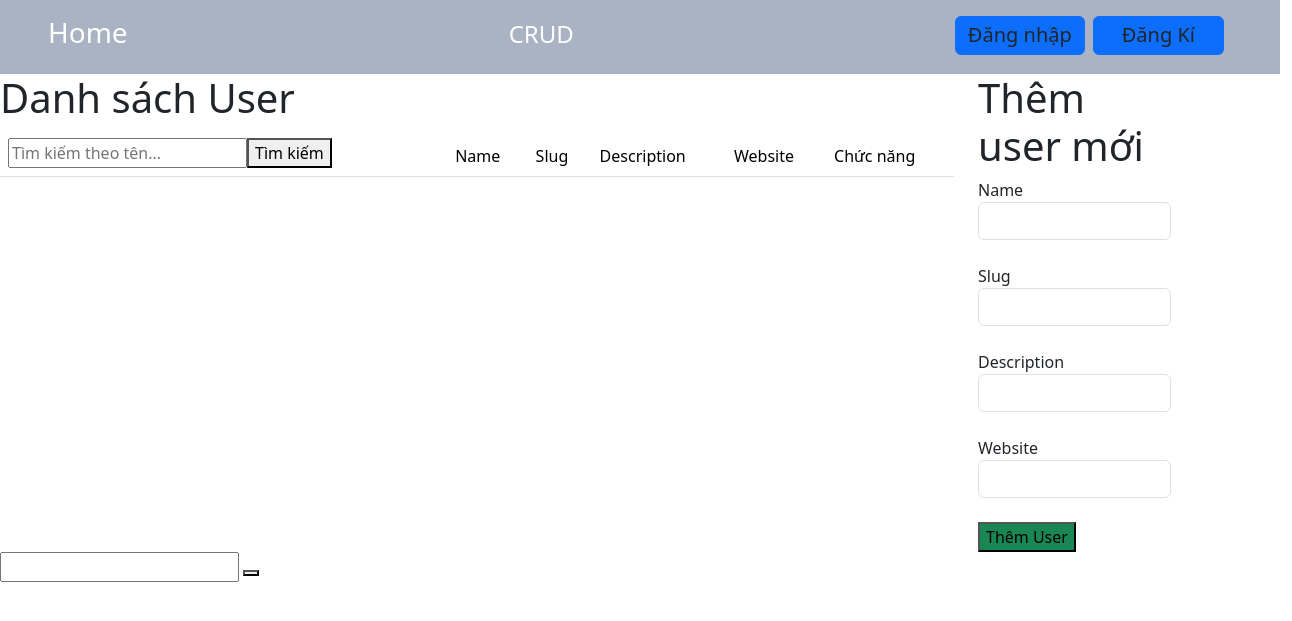
Repository: tung1999zxc/vue-project
Page: /crud2
An editor plug-in stored every save of this project. The page is shown before and after the next save, followed by the edit.
The browser window is 1280 px wide. The page is 1292 px wide, so the pictures cover 1292 px, including what lies to the right of the window. The pictures show the whole page.
The page's requests for data from a server got no answer. The project was rebuilt for these pictures with package versions that can differ from the ones it lists, and the page was loaded fresh each time. No one was signed in, and anything a server would have sent is missing. Also part of the build but not shown: vite.config.ts, src/components/test.vue, src/components/footer1.vue, src/views/HomeView.vue, src/components/login.vue, src/components/Regis.vue, src/components/crud.vue, src/components/upload.vue.

Above is the page before, as saved 2023-08-11 16:05:43.

### index.html
<!DOCTYPE html>
<html lang="en">
  <head>
    <meta charset="UTF-8">
    <meta name="viewport" content="width=device-width, initial-scale=1.0">
    <title>Vite App</title>
  </head>
  <body>
    <div id="app"><div></div></div>
    <script type="module" src="/src/main.js"></script>

  </body>
</html>

### src/main.js


import { createApp } from 'vue';
import { createPinia } from 'pinia';



import App from './App.vue'
import router from './router/index'
import store from './store/index'
import axios from 'axios';
import { Field, Form, ErrorMessage } from 'vee-validate';

import 'bootstrap/dist/css/bootstrap.css'

// const isAuthenticated = localStorage.getItem('token');
// if (isAuthenticated !== null) {
//   store.commit('SET_AUTHENTICATION', isAuthenticated === 'true');
// }

const savedState = JSON.parse(localStorage.getItem('appState'));

if (savedState) {
  store.replaceState(savedState);
}
const app = createApp(App)
app.component('Field', Field);
app.component('Form', Form);
app.component('ErrorMessage', ErrorMessage);
app.use(createPinia())
app.use(router)
app.use(store)
axios.defaults.headers.common['Authorization'] = `Bearer ${localStorage.getItem('token')}`;
app.mount('#app')

### src/App.vue
<template>
  <Menu/>
  <router-view></router-view>



</template>
<script setup lang="ts">
import axios from 'axios';
import { RouterLink, RouterView } from 'vue-router'
import Menu from './components/Menu.vue'


//import login from './components/login.vue'

// export default {
//   components: {
//     Menu,login2
//   },
// };

</script>

<style scoped>

</style>

### src/router/index.js
import { createRouter, createWebHistory } from 'vue-router'
import HomeView from '../views/HomeView.vue'
import Login from '../components/Login.vue'
import Regis from '../components/Regis.vue'
import crud from '../components/crud.vue'
import crud2 from '../components/crud2.vue'
import upload from '../components/upload.vue'


const router = createRouter({
  history: createWebHistory(import.meta.env.BASE_URL),
  routes : [
    {path: '/',component: HomeView,},
    {path: '/login',component:Login,},
    {path: '/Regis',component: Regis,},
    {path: '/crud',component: crud,},
    {path: '/crud2',component: crud2,},
    {path: '/upload',component: upload,},


  ]
})

export default router

### src/store/index.js
// store/index.js

import { createStore } from 'vuex'
import Vuex from 'vuex';
import auth from './auth';



const store = new Vuex.Store({
  modules: {
    auth, // Thêm Vuex module vào store với tên auth
  },
});

store.subscribe((mutation, state) => {
  localStorage.setItem('appState', JSON.stringify(state));
});

export default store;

### src/components/Menu.vue
<template>
    <div>
      <div class="justify-content-between d-flex px-5 py-3 " style="background: #aab3c4; ">


        <div class="h3"><router-link class="text-white text-decoration-none" to="/">Home</router-link></div>
        <div class="h4 mt-1"><router-link class="text-white text-decoration-none" to="/crud">CRUD</router-link></div>
        <!-- <div class="h4 mt-1"><router-link class="text-white text-decoration-none" to="/upload">UPLOAD</router-link></div> -->


        <div class=""><div v-if="!isAuthenticated" class="btn btn-primary mr-2 " >
          <router-link class="text-dark h5 text-decoration-none " to="/Login">Đăng nhập</router-link></div>
         <div v-else class="btn btn-danger " >
          <div @click="handleLogout">Đăng xuất</div></div>
         <div class="btn btn-primary mx-2"  v-show="!isAuthenticated"><router-link class=" h5 px-3 text-dark text-decoration-none" to="/Regis">Đăng Kí</router-link></div></div>

    </div>

    </div>
  </template>

  <script>
  import 'bootstrap/dist/css/bootstrap.css';
  import { mapState, mapGetters , mapMutations ,mapActions} from 'vuex';
  export default {
    computed: {
    ...mapGetters('auth', ['isAuthenticated','userinfo']),
  },
    methods: {
      ...mapMutations('auth', ['SET_AUTHENTICATED']),
      ...mapActions('auth', ['login', 'logout']),
    // handleLogin() {
    //   this.login(); // Call the login action to set isAuthenticated to true
    // },
    handleLogout() {
      this.logout(); // Call the logout action to set isAuthenticated to false
    },


        logoutUser(){
      // Xóa mã thông báo JWT khỏi localStorage khi đăng xuất
      localStorage.removeItem('token');
      // Hoặc đặt lại giá trị isAuthenticated về false khi đăng xuất
      this.SET_AUTHENTICATED = null;
      alert('đăng xuất thành  công');



    },
    },

  };
  </script>

  <style scoped>


  </style>

### src/components/crud2.vue
<template>
    <div>
      <div class="row">
        <div class="col-9">
          <h1>Danh sách User</h1>
          <table class="table">
            <thead>
              <tr>
                <td>
                  <input v-model="nameSearch.Name" placeholder="Tìm kiếm theo tên..." />
                  <button @click="handleSearch">Tìm kiếm</button>
                </td>
                <td>Name</td>
                <td>Slug</td>
                <td>Description</td>
                <td>Website</td>
                <td>Chức năng</td>
              </tr>
            </thead>
            <tr v-for="user in users" :key="user.Id">
              <td>{{ user.Id }}</td>
              <td>{{ user.Name }}</td>
              <td>{{ user.Slug }}</td>
              <td>{{ user.Description }}</td>
              <td>{{ user.Website }}</td>
              <td>
                <button @click="_editUser(user)">Chỉnh sửa</button>
                <button @click="deleteUser(user.Id)">Xóa</button>
              </td>
            </tr>
          </table>
        </div>
        <div class="col-2">
          <h1 v-if="editUser.Id">Chỉnh sửa user</h1>
          <h1 v-else>Thêm user mới</h1>
          <form @submit.prevent="editUser.Id ? updateUser() : addNewUser()">
            <label for="Name">Name</label>
            <input class="form-control " type="text" id="Name" v-model="editUser.Name" v-if="editUser.Id" required>
            <input class="form-control " type="text" id="Name" v-model="newUser.Name" v-else required>
            <br>
            <label for="Slug">Slug</label>
            <input class="form-control " type="text" id="Slug" v-model="editUser.Slug" v-if="editUser.Id" required>
            <input class="form-control " type="text" id="Slug" v-model="newUser.Slug" v-else required>

            <br>

            <label for="Description">Description</label>
            <input class="form-control " type="text" id="Description" v-model="editUser.Description" v-if="editUser.Id" required>
            <input class="form-control" type="text" id="Description" v-model="newUser.Description"   v-else required>
            <br>
            <label for="Website">Website</label>
            <input class="form-control" type="text" id="Website" v-model="editUser.Website" v-if="editUser.Id" required>
            <input class="form-control" type="text" id="Website" v-model="newUser.Website" v-else  required>
            <br>
            <button class="btn-block bg-success" type="submit">
              {{ editUser.Id ? 'Lưu' : 'Thêm User' }}
            </button>
          </form>
        </div>
      </div>
      <input type="text" v-model="so1"> {{ so1 }}
      <button></button>
    </div>
  </template>

  <script>
  import { ref, onMounted } from 'vue';
  import axios from 'axios';

  export default {
    name: 'YourComponentName',
    setup() {
      const so1 = ref(1);
      const nameSearch = ref({ Name: '' });
      const users = ref([]);
      const newUser = ref({
        Name: '',
        Slug: '',
        Description: '',
        Website: '',
      });
      const editUser = ref({
        Id: '',
        Name: '',
        Slug: '',
        Description: '',
        Website: '',
      });

      const handleSearch = async () => {
        try {
          const response = await axios.post('https://api.tranhai.net/api/manufacturer/_search', nameSearch.value);
          users.value = response.data.data;
        } catch (err) {
          console.error(err);
          alert('Tìm kiếm thất bại');
        }
      };

      const getUsers = async () => {
        try {
          const response = await axios.post('https://api.tranhai.net/api/manufacturer/_search', {
            Page: 1,
            PageSize: 10,
          });
          users.value = response.data.data;
        } catch (error) {
          alert('Lỗi khi lấy dữ liệu user:', error);
        }
      };

      const addNewUser = async () => {
      try {
        const response = await axios.post('https://api.tranhai.net/api/manufacturer', newUser.value);
        getUsers();
        alert('Thêm thành công');
        // Reset form
        newUser.value.Name = '';
        newUser.value.Slug = '';
        newUser.value.Description = '';
        newUser.value.Website = '';
      } catch (error) {
        console.error('Lỗi khi thêm user:', error);
      }
    };

    const _editUser = (user) => {
      editUser.value.Id = user.Id;
      editUser.value.Name = user.Name;
      editUser.value.Slug = user.Slug;
      editUser.value.Description = user.Description;
      editUser.value.Website = user.Website;
    };

    const updateUser = async () => {
      try {
        const response = await axios.put(`https://api.tranhai.net/api/manufacturer/${editUser.value.Id}`, editUser.value);
        console.log(response.data);
        getUsers();
        editUser.value = {
          Id: '',
          Name: '',
          Slug: '',
          Description: '',
          Website: '',
        };
      } catch (error) {
        console.error('Lỗi khi cập nhật user:', error);
      }
    };

    const deleteUser = async (userId) => {
      try {
        const response = await axios.delete(`https://api.tranhai.net/api/manufacturer?ids=${userId}`);
        alert('Xóa thành công user:');
        getUsers();
      } catch (error) {
        console.error('Lỗi khi xóa user:', error);
      }
    };
    onMounted(() => {
      getUsers();
    });

    return {
      nameSearch,
      users,
      newUser,
      editUser,
      _editUser,
      handleSearch,
      getUsers,
      addNewUser,
      updateUser,
      deleteUser,
    };
    },
  };
  </script>

  <style scoped></style>

### src/store/auth.js
const state = {
  isAuthenticated: localStorage.getItem('token'),
  // userinfo: JSON.parse(localStorage.getItem('userinfo')),
  userinfo: null,

  // Các thông tin người dùng khác nếu cần
};

const getters = {
  isAuthenticated: state => state.isAuthenticated,
  userinfo: state => state.userinfo,

  // Các getters khác nếu cần
};
  const mutations = {
    SET_AUTHENTICATED(state, value) {
      state.isAuthenticated = value;
    },
    SET_USERINFO(state, value) {
      state.userinfo = value;

    },
    // Các mutations khác nếu cần
  };
  import axios from 'axios';
  import router from '../router/index';
  const actions = {
    login({ commit }, { username, password }) {

      axios.post('https://api.tranhai.net/api/auth/login', {
      username: username,
      password: password
    })
    .then(response => {
      const data = response.data;
      localStorage.setItem('token', data.access_token);
      commit('SET_AUTHENTICATED', localStorage.getItem('token'));

      axios.get('https://api.tranhai.net/api/userinfo/me'
      // {
      //   headers: {
      //     Authorization: 'Bearer ' + localStorage.getItem('token'),
      //   }}
        )
      .then(response=>{
        // localStorage.setItem('userinfo', JSON.stringify(response.data));
        commit('SET_USERINFO',response.data)


      })
      .catch(error =>{
        alert('lấy thông tin thất bại');
      })

      // console.log(data)
      // this.token = data.access_token;
    })
    .catch(error => {
      // Xử lý lỗi đăng nhập
      console.error(error);

      alert('Đăng nhập thất bại!');

    });

    //
    //

        },


      logout({ commit }) {
        localStorage.removeItem('token');
        localStorage.removeItem('userinfo');
          commit('SET_AUTHENTICATED', localStorage.getItem('token'));
          commit('SET_USERINFO', {});
          alert('đăng xuất thành  công');
        },

  };


  export default {
    namespaced: true,
    state,
    mutations,
    actions,
    getters,
  };

After the next save:
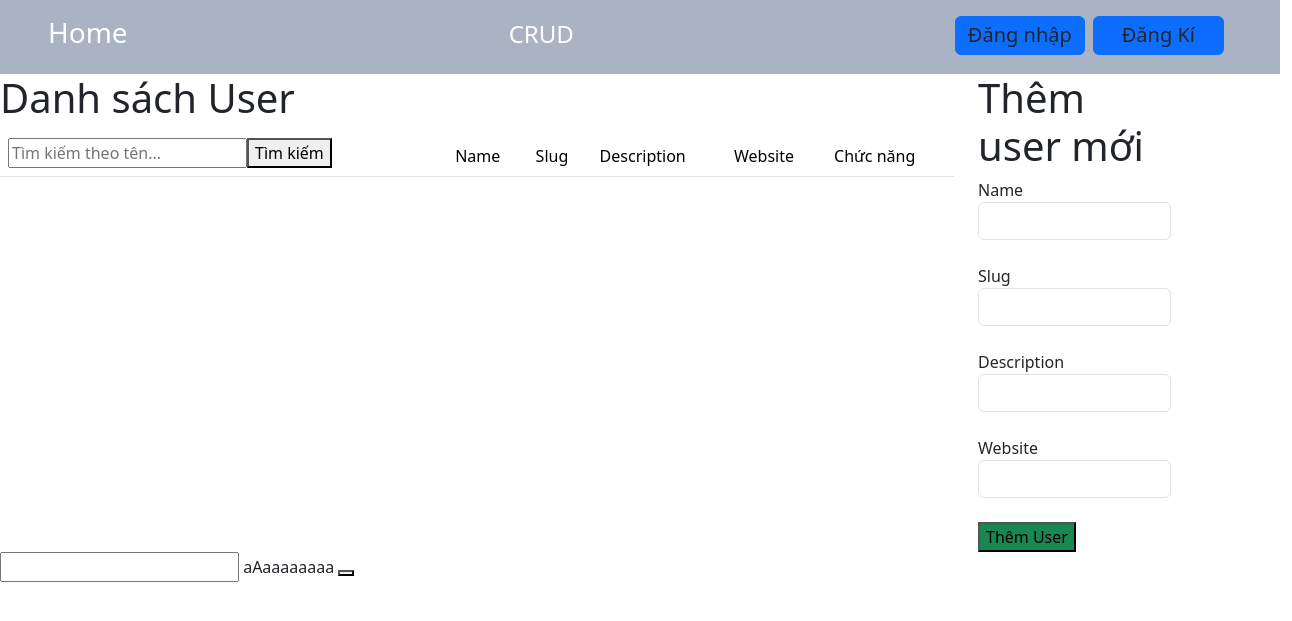
Saved 2 min 17 s later.
--- a/src/components/crud2.vue
+++ b/src/components/crud2.vue
@@ -58,7 +58,7 @@
           </form>
         </div>
       </div>
-      <input type="text" v-model="so1"> {{ so1 }}
+      <input type="text" v-model="so1"> {{ so1 }}aAaaaaaaaa
       <button></button>
     </div>
   </template>
